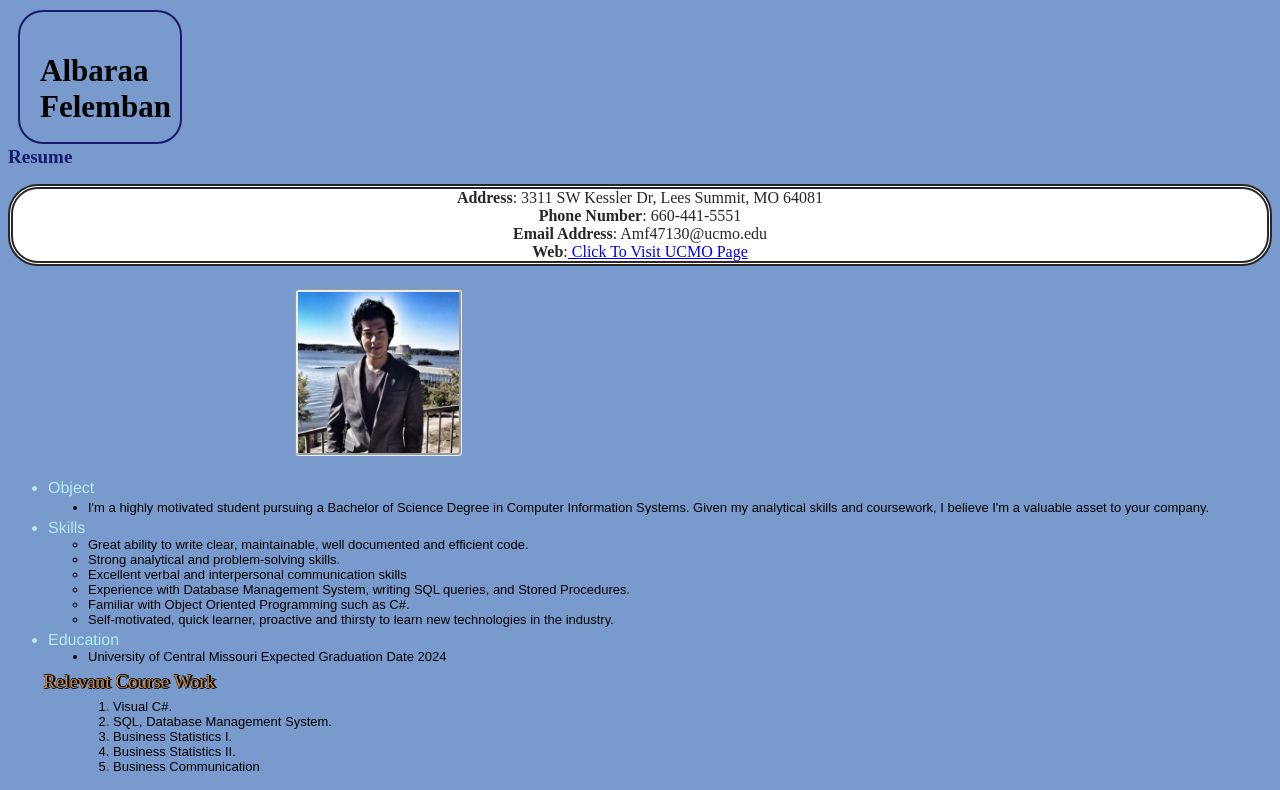
Repository: MrFelemban/RealEstate_Web-cis2625
Page: lesson1/index.html
The author's editor kept a record of every edit. The page is drawn from the files as they stood at one moment, then again after the next edit.
The browser window is 1280 px wide. The pictures show the whole page.

Above is the page before.

After the next edit:
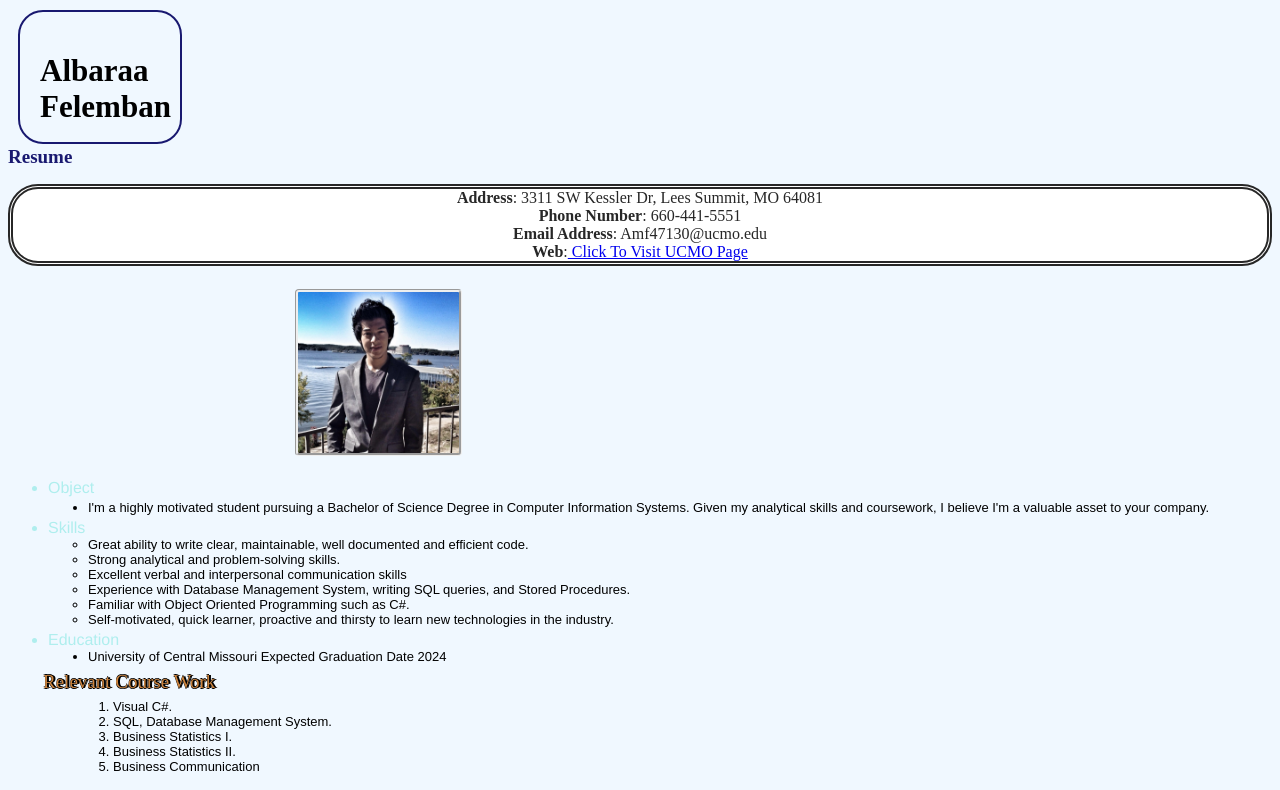
The edit:
--- a/lesson1/Resume.css
+++ b/lesson1/Resume.css
@@ -1,5 +1,5 @@
 	body {
-		background-color: #799ACC;
+		background-color:#F0F8FF;
 	}
 
 	.myDiv {
@@ -72,14 +72,14 @@
 
 	}
 
-/* "Resume" word code*/
+	/* "Resume" word code*/
 	h2 {
 		color: #191970;
 		font-size: 19px;
 		font-family: Black Times;
 		margin-top: 1px;
 
-}
+	}
 
 	#Education {
 		font-family: helvetica;
@@ -87,16 +87,18 @@
 		font-size: 13px;
 		margin-left: 40px;
 	}
+
 	.Course_Work {
 		font-family: sans-serif;
 		font-size: 13px;
 		margin-left: 65px;
 	}
-	#Courses{
-		margin-top:-9px;
+
+	#Courses {
+		margin-top: -9px;
 		margin-bottom: -10px;
 		margin-left: 35px;
-		font-size:19px;
+		font-size: 19px;
 		color: #CD853F;
 		text-shadow: 2px 0 black, 0 1px black, 1px 0 black, 0 -1px black;
 
